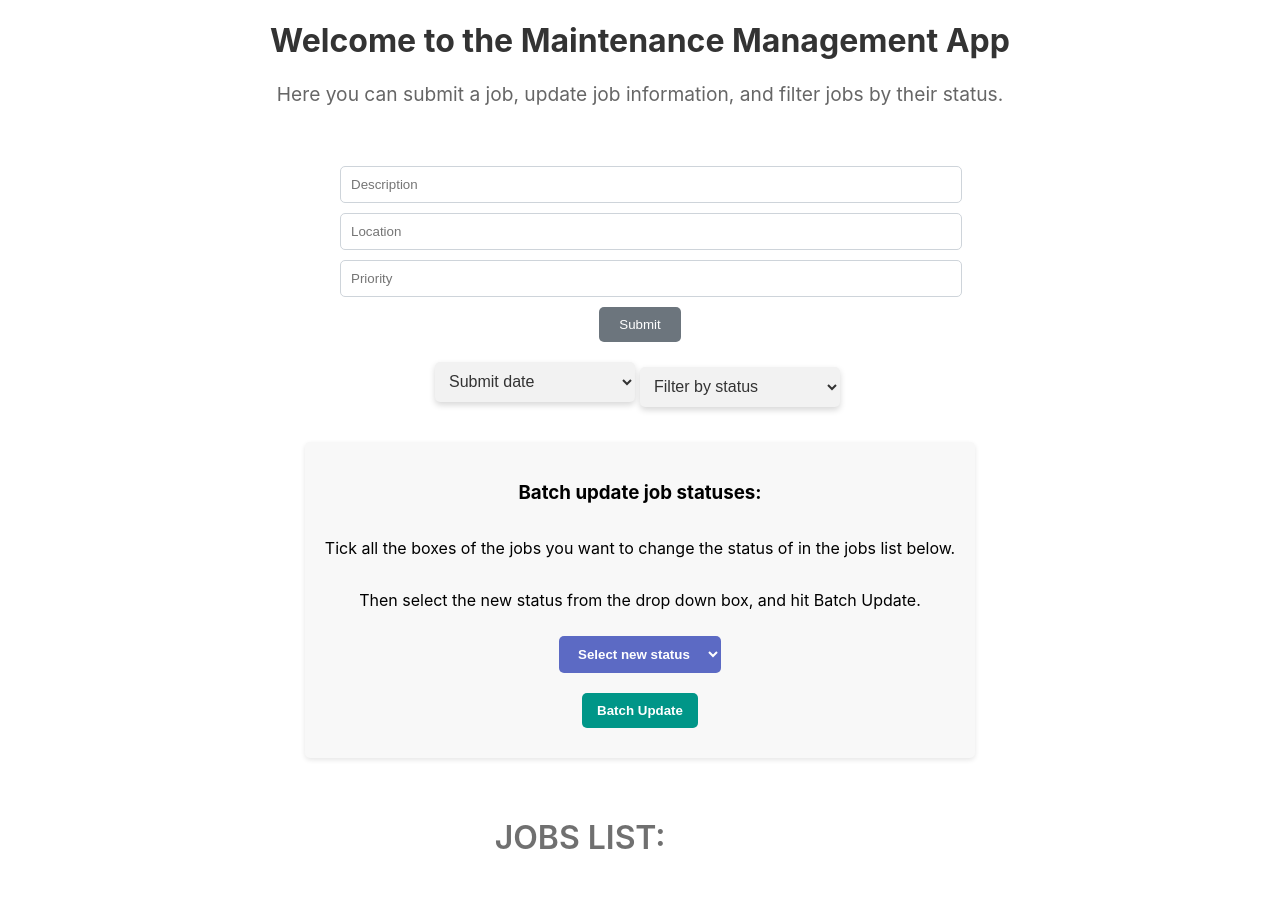
Repository: mikasteyn999/Maintenance-Manager-App
Page: / (app in frontend/)
These files come from the project's save history. The page is drawn as it stood at one moment and after the next save; the edit follows.
The browser window is 1280 px wide. The pictures show the whole page.
The page's requests for data from a server got no answer. The project was rebuilt for these pictures with package versions that can differ from the ones it lists, and the page was loaded fresh each time. No one was signed in, and anything a server would have sent is missing. Also part of the build but not shown: frontend/src/style/Job.css, frontend/src/components/Job.js, frontend/src/style/JobUpdateForm.css, frontend/src/components/JobUpdateForm.js.

Above is the page before, as saved 2023-06-05 18:02:11.

### frontend/src/App.js
// Import necessary libraries and components
import React from 'react';
import Router from './Router';
import './style/App.css'

// Define the App component
// This component uses the Router component to handle routing
const App = () => {
  return (
    <div className="app">
      <h1 className="app-title">Welcome to the Maintenance Management App</h1> {/* Welcome title */}
      <p className="app-instructions">Here you can submit a job, update job information, and filter jobs by their status.</p> {/* Instructions */}
      <Router /> {/* Use Router component for handling routes */}
    </div>
  );
}

// Export the App component
export default App;

### frontend/src/Router.js
// Import necessary libraries and components
import React from 'react';
import { BrowserRouter as Router, Route, Routes } from 'react-router-dom';
import Home from './components/Home';
import JobForm from './components/JobForm';
import JobsList from './components/JobsList';
import JobUpdateForm from './components/JobUpdateForm'

// Define the Router component
// This component defines the routes for the React app
// The Home component (which contains both the JobForm and JobsList components) is displayed when the path is exactly "/"
// The JobForm component is displayed when the path is "/submit"
// The JobsList component is displayed when the path is "/jobs"
const AppRouter = () => {
    return (
        <Router>
            <Routes>
                <Route path="/" element={<Home />} /> {/* Home route */}
                <Route path="/submit" element={<JobForm />} /> {/* Job submission route */}
                <Route path="/jobs" element={<JobsList />} /> {/* Jobs listing route */}
                <Route path="/edit/:id" element={<JobUpdateForm />} />
            </Routes>
        </Router>
    );
};

// Export the Router component
export default AppRouter;

### frontend/src/style/App.css
/* App.css */

.app {
  text-align: center;
}

.app-title {
  font-size: 2em;
  color: #333;
  text-align: center;
}

.app-instructions {
  font-size: 1.2em;
  color: #666;
  margin-bottom: 20px;
  text-align: center;
}

/* style the form container */
.app .job-form {
  max-width: 800px;  /* limit the width */
  margin: 0 auto;   /* center the form */
  padding: 20px;    /* add some padding */
}

/* style the jobs list container */
.app .jobs-list {
  max-width: 800px;  /* limit the width */
  margin: 0 auto;   /* center the jobs list */
  padding: 20px;    /* add some padding */
}

.app .jobs-list .batch-update {
  max-width: 800px;
}

### frontend/src/components/Home.js
// Import necessary components
import React from 'react';
import JobsList from './JobsList';

// Define the Home component
// This component contains the job submission form and job listings
const Home = () => {
  return (
    <div className="home">
      <JobsList /> {/* Job listings */}
    </div>
  );
}

// Export the Home component
export default Home;

### frontend/src/components/JobForm.js
// Import React
import React, { useState } from 'react';
import '../style/JobForm.css'; // Import the CSS

// Define the JobForm component. This component will contain a form that allows users to submit a new job.
// The component has a local state, job, which is updated every time the user types in one of the form inputs.
// The handleChange function updates the job state.
// The handleSubmit function makes a POST request to the /jobs route to submit the new job.
const JobForm = (props) => {
  const [job, setJob] = useState({ description: '', location: '', priority: '' });

  // Adding new state variable for error message.
  const [error, setError] = useState('');

  const handleChange = (e) => {
    setJob({ ...job, [e.target.name]: e.target.value });
  };

  const handleSubmit = async (e) => {
    e.preventDefault();

    // Adding form validation. Check that all fields are filled and priority is a number.
    if (!job.description || !job.location || !job.priority) {
      setError('Please fill in all fields'); // Set error message
      return; // Stop the function
    }
    if (isNaN(job.priority)) {
      setError('Priority must be a number'); // Set error message
      return; // Stop the function
    }

    try {
      const response = await fetch('http://localhost:5000/api/jobs', {
        method: 'POST',
        headers: {
          'Content-Type': 'application/json',
        },
        body: JSON.stringify(job),
      });
      if (!response.ok) {
        throw new Error(`HTTP error! status: ${response.status}`);
      }
      const newJob = await response.json();
      console.log("New Job:", newJob);  // log new job
      props.addNewJob(newJob); // add the new job to the jobs list
      setError(''); // Clear the error message if the job was successfully added
    } catch (err) {
      setError('An error occurred when submitting the job'); // Set error message
    }
  };

  // In the return statement, a new paragraph is added to display any error messages
  return (
    <form className="job-form" onSubmit={handleSubmit}>
      {error && <p className="error">{error}</p>} {/* Display error message if there is one */}
      <input type="text" name="description" value={job.description} onChange={handleChange} placeholder="Description" />
      <input type="text" name="location" value={job.location} onChange={handleChange} placeholder="Location" />
      <input type="text" name="priority" value={job.priority} onChange={handleChange} placeholder="Priority" />
      <button type="submit">Submit</button>
    </form>
  );
};

export default JobForm;

### frontend/src/components/JobsList.js
// Import necessary modules
import React, { useEffect, useState } from 'react';
import Job from './Job';
import JobForm from './JobForm';
import '../style/JobsList.css';

// Define the JobsList component
const JobsList = () => {
  // Initialize state variables
  const [jobs, setJobs] = useState([]);
  const [sortOrder, setSortOrder] = useState("date"); // Default sort order is by date
  const [selectedJobs, setSelectedJobs] = useState([]);
  const [filterStatus, setFilterStatus] = useState("");
  const [jobAdded, setJobAdded] = useState(false);
  const [errorMessage, setErrorMessage] = useState(''); // Add state for error message
  const [batchUpdateMessage, setBatchUpdateMessage] = useState(''); // State for batch success message



   // Fetch jobs function
   const fetchJobs = async () => {
    let url = `http://localhost:5000/api/jobs?sort=${sortOrder}`;
    if (filterStatus) url += `&status=${filterStatus}`; // Add status query parameter if a status filter is selected
    const response = await fetch(url);
    const data = await response.json();
    setJobs(data.filter(job => job.status !== 'Archived')); // Filter out archived jobs
  };

  // Fetch jobs when the component is first rendered and when sortOrder or filterStatus changes
  useEffect(() => {
    fetchJobs();
  }, [sortOrder, filterStatus]);

  // Hide job added message after 2 seconds when a job is added
  useEffect(() => {
    if (jobAdded) {
      setTimeout(() => {
        setJobAdded(false);
      }, 2000); // 2000ms = 2s
    }
  }, [jobAdded]);

  // Update sort order
  const handleSortChange = (event) => {
    setSortOrder(event.target.value);
  };

    // Batch update function
    const handleBatchUpdate = async () => {
      const status = document.getElementById('batchStatusUpdate').value;
      if (!status) {
        console.error('No status selected for batch update');
        setErrorMessage('Please select a status for batch update');
        return;
      }
      if (selectedJobs.length === 0) {
        console.error('No jobs selected for batch update');
        setErrorMessage('Please select at least one job for batch update');
        return;
      }
      try {
        const response = await fetch('http://localhost:5000/api/jobs/batch', {
            method: 'PUT',
            headers: {
                'Content-Type': 'application/json',
            },
            body: JSON.stringify({ jobIds: selectedJobs, status }),
        });

        if (response.ok) {
          console.log('Batch update successful');
          setBatchUpdateMessage('Batch update successful!');
          setTimeout(() => setBatchUpdateMessage(''), 3000); // Clear message after 3 seconds
          setSelectedJobs([]); // Clear selected jobs after successful update
          setErrorMessage(''); // Clear the error message after successful update
          // fetch the jobs again
          fetchJobs();
        } else {
          console.error('Failed to batch update jobs');
          setErrorMessage('Failed to batch update jobs');
          setTimeout(() => setBatchUpdateMessage(''), 3000); // Clear message after 3 seconds
        }
      } catch (error) {
        console.error(`An error occurred: ${error}`);
      }
    };

    // Function to handle archive
    const handleArchive = async (jobId) => {
      try {
        const response = await fetch(`http://localhost:5000/api/jobs/archive/${jobId}`, {
          method: 'PUT',
        });

        if (!response.ok) {
          console.error('Failed to archive job');
        } else {
          setJobs(jobs.filter(job => job._id !== jobId)); // Remove the archived job from the local state
        }
      } catch (error) {
        console.error(`An error occurred: ${error}`);
      }
    };

    // Pass handleArchive as a prop to the Job component
    {jobs.map((job) => (
      <Job key={job._id} job={job} handleArchive={handleArchive} selectedJobs={selectedJobs} setSelectedJobs={setSelectedJobs} />
    ))}

    const addNewJob = (newJob) => {
      console.log("addNewJob called with:", newJob);  // log input to addNewJob
      setJobs([newJob, ...jobs]);
      setJobAdded(true); // Display job added message
    };


    return (
      <div className='jobs-list'>

        {/* Display job added message */}
        {jobAdded && <p className='success-message'>Job added successfully!</p>}

        {/* Add JobForm here */}
        <JobForm addNewJob={addNewJob} />
      <div className='select-container'>
        {/* Add sort order dropdown */}
        <select className='select-sort' value={sortOrder} onChange={handleSortChange}>
          <option value="">Sort by</option>
          <option value="date">Submit date</option>
          <option value="status">Status</option>
        </select>

        {/* Add status filter dropdown */}
        <select className='select-filter' value={filterStatus} onChange={(e) => setFilterStatus(e.target.value)}>
          <option value="">Filter by status</option>
          <option value="Submitted">Submitted</option>
          <option value="In Progress">In Progress</option>
          <option value="Completed">Completed</option>
        </select>
      </div>

        {/* Batch update */}
        <div className='batch-update'>
          <h3>Batch update job statuses:</h3>
          <p>Tick all the boxes of the jobs you want to change the status of in the jobs list below.</p>
          <p>Then select the new status from the drop down box, and hit Batch Update.</p>
          <select id="batchStatusUpdate" name="batchStatusUpdate">
            <option value="">Select new status</option>
            <option value="Submitted">Submitted</option>
            <option value="In Progress">In Progress</option>
            <option value="Completed">Completed</option>
          </select>
          <button onClick={handleBatchUpdate}>Batch Update</button>
        </div>

        {/* Display success message */}
        {batchUpdateMessage && <p className="success-message">{batchUpdateMessage}</p>}

        {/* Display error message if there is one */}
        {errorMessage && <p className="error-message">{errorMessage}</p>}

        <div className='jobs-header'>JOBS LIST:</div>

        {/* List the jobs */}
        {jobs.map((job) => (
          <Job key={job._id} job={job} handleArchive={handleArchive} selectedJobs={selectedJobs} setSelectedJobs={setSelectedJobs} />
        ))}
      </div>
    );
};

export default JobsList;

### frontend/src/style/JobForm.css
.job-form {
    margin-bottom: 20px;
    width: 600px;
}

.job-form input {
    display: block;
    width: 100%;
    padding: 10px;
    margin-bottom: 10px;
    border: 1px solid #ced4da;
    border-radius: 5px;
}

.job-form button {
    padding: 10px 20px;
    border: none;
    border-radius: 5px;
    background-color: #6c757d;
    color: #fff;
    cursor: pointer;
}

### frontend/src/style/JobsList.css
.jobs-list {
    display: flex;
    flex-wrap: wrap;
    justify-content: space-between;
}

.jobs-header {
    font-size: xx-large;
    padding: 5%;
    font-weight: 600;
    color: rgb(112, 112, 112);
    width: 600px;
}

/* Style the select element */
.select-sort {
    width: 200px;
    height: 40px;
    border: none;
    border-radius: 5px;
    padding: 5px 10px;
    margin-bottom: 20px;
    box-shadow: 0 3px 6px 0 rgba(0,0,0,0.16);
    font-size: 16px;
    color: #333;
    background-color: #f2f2f2;
    transition: background-color 0.3s ease;
}

/* Style the options inside the select element */
.select-sort option {
    color: #333;
    background-color: #f2f2f2;
}

/* Change the background color of the select when it's focused */
.select-sort:focus {
    background-color: #e6e6e6;
}

.batch-update {
    display: flex;
    flex-direction: column;
    align-items: center;
    justify-content: space-between;
    max-width: 800px;
    margin: 0 auto;
    padding: 20px;
    margin-bottom: 20px;
    background-color: #f8f8f8;
    border-radius: 5px;
    box-shadow: 0 2px 5px rgba(0,0,0,0.1);
}

.batch-update select,
.batch-update button {
    padding: 10px 15px;
    border: none;
    border-radius: 5px;
    background-color: #5c6ac4;
    color: white;
    font-weight: bold;
    cursor: pointer;
    margin: 10px;
}


.batch-update button {
    background-color: #009688;
}

.batch-update button:hover {
    background-color: #00796b;
}

/* Style the select element */
.select-filter {
    width: 200px;
    height: 40px;
    border: none;
    border-radius: 5px;
    padding: 5px 10px;
    margin-bottom: 40px;
    box-shadow: 0 3px 6px 0 rgba(0,0,0,0.16);
    font-size: 16px;
    color: #333;
    background-color: #f2f2f2;
    transition: background-color 0.3s ease;
    margin: 5px;
}

/* Style the options inside the select element */
.select-filter option {
    color: #333;
    background-color: #f2f2f2;
}

.error-message {
    color: red;
    font-weight: bold;
}

.success-message {
    color:rgb(6, 204, 6);
    font-weight: bold;
}

.select-container {
    display: flex;
    justify-content: space-evenly;
    max-width: 800px;
    margin: 0 auto;
    padding-bottom: 20px;
  }

Loaded but not shown: frontend/public/index.html (common file); frontend/src/index.js (common file); frontend/src/index.css (common file); frontend/src/reportWebVitals.js (common file)

After the next save:
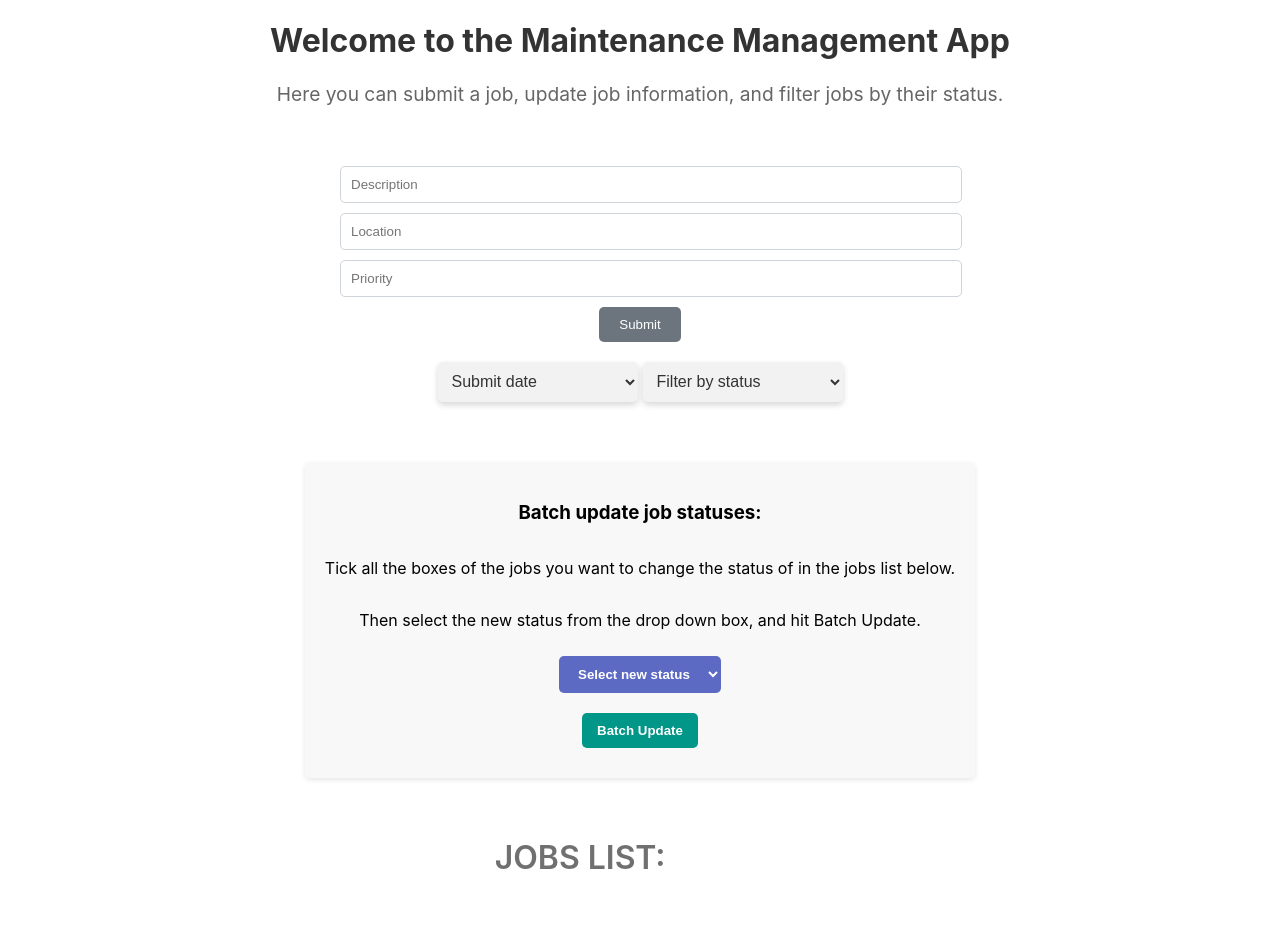
Saved 8 s later.
--- a/frontend/src/style/JobsList.css
+++ b/frontend/src/style/JobsList.css
@@ -86,7 +86,7 @@
     color: #333;
     background-color: #f2f2f2;
     transition: background-color 0.3s ease;
-    margin: 5px;
+    margin-left: 5px;
 }
 
 /* Style the options inside the select element */
